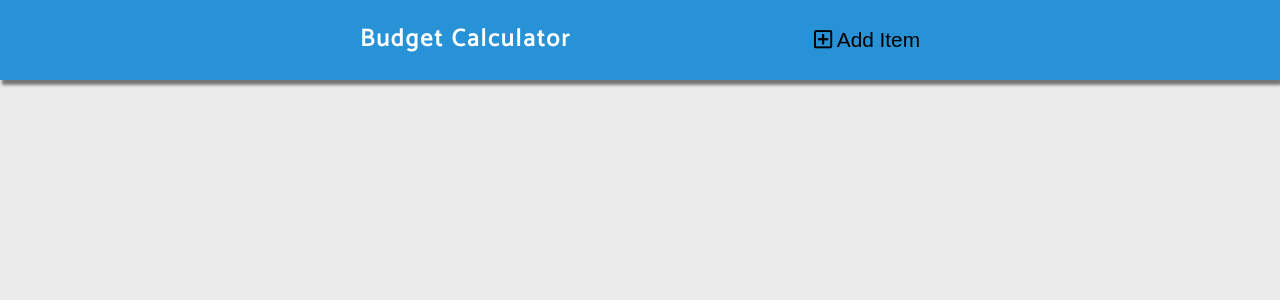
Repository: webdril/budget
Page: /
An editor plug-in stored every save of this project. The page is shown before and after the next save, followed by the edit.
The browser window is 1280 px wide. The pictures show the whole page.
The project was rebuilt for these pictures with package versions that can differ from the ones it lists, and the page was loaded fresh each time. Also part of the build but not shown: src/Expense.svelte.

Above is the page before, as saved 2020-03-02 01:08:20.

### public/index.html
<!DOCTYPE html>
<html lang="en">
<head>
	<meta charset='utf-8'>
	<meta name='viewport' content='width=device-width,initial-scale=1'>

	<title>Budget Calculator</title>

	<link rel='icon' type='image/png' href='/favicon.png'>
	<link rel='stylesheet' href='/global.css'>
	<link rel='stylesheet' href='/build/bundle.css'>
	<!-- Font Awesome -->
	<link rel="stylesheet" href="fontawesome-free-5.11.2-web/css/all.min.css">

	<script defer src='/build/bundle.js'></script>
</head>

<body>
</body>
</html>

### src/App.svelte
<script>
// components
import Navbar from './Navbar.svelte'
import ExpensesList from './ExpensesList.svelte'

// Data
import expensesData from './expenses';

// variables
let expenses = [...expensesData];
</script>

<!-- CSS/STYLING -->

<Navbar />
<main class="content">
	<!-- <ExpensesList {expenses}/> -->
</main>

### src/Navbar.svelte
<nav class="nav">
	<div class="nav-center">
		<h1 class="nav-title">Budget Calculator</h1>
		<button type="button" class="nav-btn">
			<i class="far fa-plus-square" />
			Add Item
		</button>
	</div>
</nav>

### public/global.css
/*
======
Fonts
======
*/
@import url("https://fonts.googleapis.com/css?family=Catamaran:300,400&display=swap");
/*
======
Variables
======
*/
:root {
  --primaryColor: #2892d7;
  --mainWhite: #fff;
  --offWhite: #f7f7f7;
  --mainBlack: #222;
  --mainGrey: #ececec;
  --darkGrey: #afafaf;
  --mainTransition: all 0.3s linear;
  --mainSpacing: 0.3rem;
  --lightShadow: 2px 5px 3px 0px rgba(0, 0, 0, 0.5);
  --darkShadow: 4px 10px 5px 0px rgba(0, 0, 0, 0.5);
  --mainBorderRadius: 0.25rem;
}
/*
======
Global Styles
======
*/
* {
  margin: 0;
  padding: 0;
  box-sizing: border-box;
}

body {
  font-family: "Catamaran", sans-serif;
  color: var(--mainBlack);
  background: var(--mainGrey);
  line-height: 1.4;
  font-size: 1rem;
  font-weight: 300;
}
h1,
h2,
h3,
h4,
h5,
h6 {
  font-family: "Catamaran", sans-serif;
  margin-bottom: 1.25rem;
  letter-spacing: var(--mainSpacing);
}
p {
  margin-bottom: 1.25rem;
}
ul {
  list-style-type: none;
}
a {
  text-decoration: none;
  color: var(--mainBlack);
}
/*
======
Buttons
======
*/
.btn,
.btn-white,
.btn-primary {
  text-transform: uppercase;
  letter-spacing: var(--mainSpacing);
  color: var(--primaryColor);
  border: 2px solid var(--primaryColor);
  padding: 0.45rem 0.8rem;
  display: inline-block;
  transition: var(--mainTransition);
  cursor: pointer;
  font-size: 0.8rem;
  border-radius: var(--mainBorderRadius);
  background: transparent;
}
.btn:hover {
  background: var(--primaryColor);
  color: var(--mainWhite);
}
.btn-white {
  background: transparent;
  color: var(--primaryColor);
  border-color: var(--primaryColor);
}
.btn-white:hover {
  background: var(--mainWhite);
  color: var(--primaryColor);
}
.btn-primary {
  background: var(--primaryColor);
  color: var(--mainWhite);
  border-color: var(--primaryColor);
}
.btn-primary:hover {
  background: transparent;
  color: var(--primaryColor);
}
.btn-block {
  width: 100%;
  display: block;
  margin: 0 auto;
  box-shadow: var(--lightShadow);
}
.disabled {
  color: var(--darkGrey);
  border-color: var(--darkGrey);
}
.disabled:hover {
  background: transparent;
  color: var(--darkGrey);
  border-color: var(--darkGrey);
}
/*
======
Navbar
======
*/
.nav {
  background: var(--primaryColor);
  height: 5rem;
  display: flex;
  align-items: center;
  box-shadow: var(--lightShadow);
}

.nav-center {
  width: 85%;
  max-width: 35rem;
  margin: 0 auto;
  display: flex;
  justify-content: space-between;
}
.nav-title {
  text-transform: capitalize;
  color: var(--mainWhite);
  margin-bottom: 0;
  letter-spacing: 2px;
}
.nav-btn {
  background: transparent;
  font-size: 1.3rem;
  border: none;
  cursor: pointer;
  text-transform: capitalize;
  transition: var(--mainTransition);
}
.nav-btn:hover {
  color: var(--darkGrey);
}
/*
======
Content
======
*/
.content {
  padding: 3rem 0;
  width: 85vw;
  max-width: 35rem;
  margin: 0 auto;
}

/*
======
Main Title
======
*/
.main-title {
  text-transform: capitalize;
  color: var(--primaryColor);
  margin-bottom: 2rem;
}
/*
======
Single Expense
======
*/
.single-expense {
  display: flex;
  justify-content: space-between;
  text-transform: capitalize;
  align-items: center;
  margin-bottom: 2rem;
  padding: 1.3rem 1rem;
  border-radius: var(--mainBorderRadius);
  background: var(--mainWhite);
  box-shadow: var(--lightShadow);
}
.single-expense h2 {
  margin-bottom: 0;
  font-weight: 300;
}
.single-expense h4 {
  margin-bottom: 0;
  margin-top: 1rem;
  font-weight: 300;
  color: var(--primaryColor);
}

.expense-btn {
  font-size: 1rem;
  background: transparent;
  border: none;
  margin: 0 0.4rem;
  transition: var(--mainTransition);
  cursor: pointer;
}
.expense-btn:hover {
  transform: scale(1.2);
}
.amount-btn {
  font-size: 1.3rem;
  background: transparent;
  border: none;
  cursor: pointer;
  color: var(--primaryColor);
}
.delete-btn {
  color: red;
}
.edit-btn {
  color: green;
}
/*
======
Expense Form
======
*/

.expense-form {
  background: var(--mainWhite);
  padding: 1.25rem 1rem;
  text-transform: capitalize;
  border-radius: var(--mainBorderRadius);
  box-shadow: var(--lightShadow);
}

.form-control label {
  display: block;
}
.form-control input {
  width: 100%;
  border: none;
  border-bottom: 2px solid var(--darkGrey);
  margin-bottom: 1.25rem;
  padding: 0.5rem;
  font-size: 1.2rem;
}
.form-empty {
  text-align: center;
  color: red;
}
.form {
  position: relative;
  margin-bottom: 5rem;
}
.close-btn {
  position: absolute;
  top: 0;
  right: 0;
  font-size: 1.2rem;
  text-transform: capitalize;
  display: flex;
  align-items: center;
  width: 4.2rem;
  justify-content: space-between;
  background: transparent;
  border: none;
  color: red;
  cursor: pointer;
}
/*
======
Modal
======
*/
.modal-container {
  position: fixed;
  top: 0;
  left: 0;
  right: 0;
  bottom: 0;
  background: rgba(0, 0, 0, 0.7);
  z-index: 2;
}
.modal-content {
  background: var(--mainWhite);
  width: 85vw;
  max-width: 35rem;
  margin: 0 auto;
  margin-top: 5rem;
  padding: 3rem;
  border-radius: var(--mainBorderRadius);
  position: relative;
}
.modal-content .expense-form {
  box-shadow: none;
}
.modal-container .form {
  margin-bottom: 0;
}
.modal-container .expense-form {
  padding: 1.25rem 0;
}
.modal-container .form {
  position: static;
}
.modal-container .close-btn {
  top: 2%;
  right: 3%;
}
/*
======
Github Users
======
*/

.user {
  margin: 2rem 0;
  box-shadow: var(--lightShadow);
  display: grid;
  grid-template-columns: auto 1fr;
  border-radius: var(--mainBorderRadius);
  grid-column-gap: 2rem;
  background: var(--mainWhite);
}
.user img {
  width: 6rem;
  border-top-left-radius: var(--mainBorderRadius);
  border-bottom-left-radius: var(--mainBorderRadius);
}
.user-info {
  padding-top: 0.75rem;
}
.user-info h3 {
  margin-bottom: 0.75rem;
}

### src/ExpensesList.svelte
<script>
import SectionTitle from './Title.svelte';
import Expense from './Expense.svelte';
export let expenses = [];
</script>

<style>
    h2 {
        text-transform: capitalize;
    }
</style>

<section>
    <SectionTitle title= 'expense list' />
    <ul>
        {#each expenses as expense, index}
            <Expense {expense}/>
            {:else}
                <h2>Currently you have no expenses</h2>
        {/each}
    </ul>
</section>

### src/Title.svelte
<script>
export let title = "default title";

</script>


<div class="main-title">
 <h2>{title}</h2>
</div>

Loaded but not shown: src/main.js (common file); src/expenses.js (common file); public/fontawesome-free-5.11.2-web/css/all.min.css (library)

After the next save:
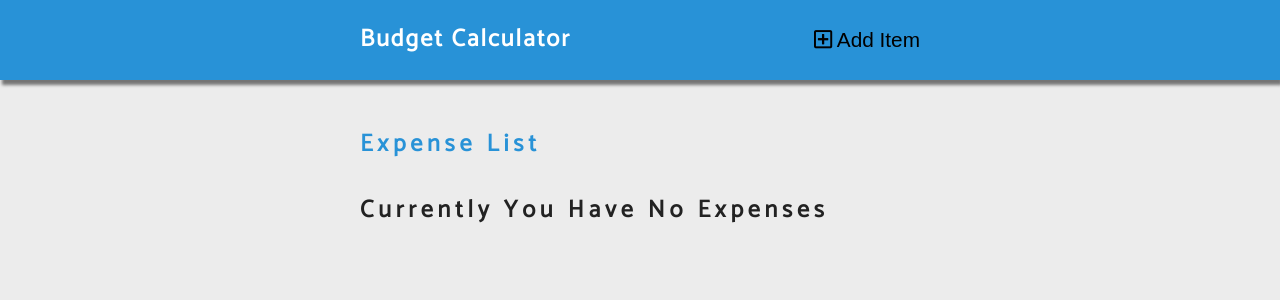
Saved 17 s later.
--- a/src/App.svelte
+++ b/src/App.svelte
@@ -14,5 +14,5 @@ let expenses = [...expensesData];
 
 <Navbar />
 <main class="content">
-	<!-- <ExpensesList {expenses}/> -->
+	<ExpensesList />
 </main>
